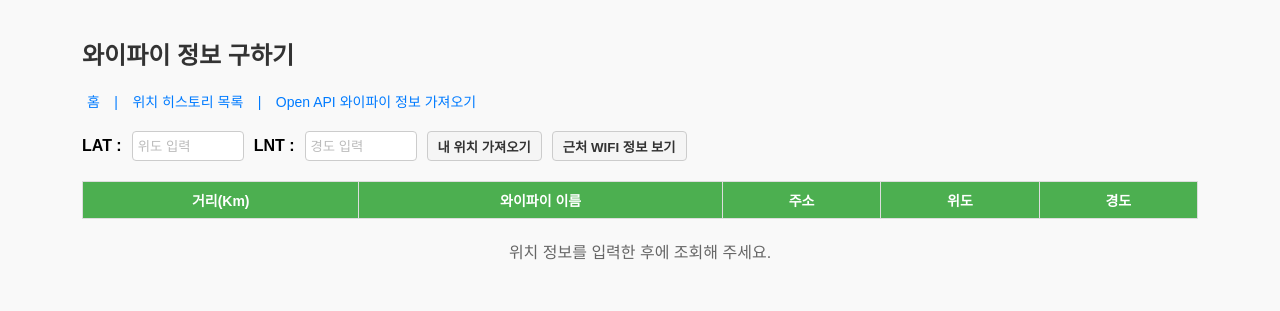
Repository: sangpyolee0/zerobase_task
Page: http://localhost/WifiProject/
These files come from the project's save history. The page is drawn as it stood at one moment and after the next save; the edit follows.
The browser window is 1280 px wide. The pictures show the whole page.
The page is served by Tomcat 9.

Above is the page before, as saved 2024-12-08 18:29:35.

After the next save:
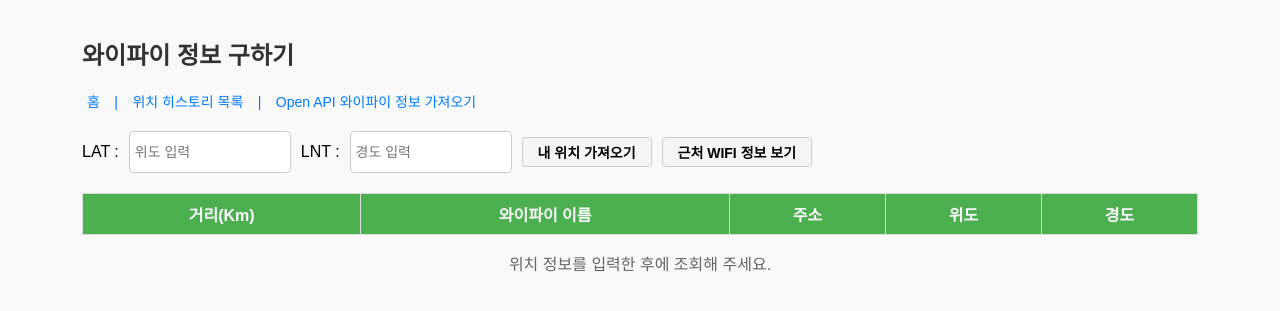
Saved 105 s later.
--- a/WifiProject/src/main/webapp/css/index.css
+++ b/WifiProject/src/main/webapp/css/index.css
@@ -1,4 +1,3 @@
-/* 기본 스타일 */
 body {
     font-family: Arial, sans-serif;
     margin: 0;
@@ -6,124 +5,74 @@ body {
     background-color: #f9f9f9;
 }
 
-/* 컨테이너 */
 .container {
     width: 90%;
     max-width: 1200px;
     margin: 0 auto;
 }
 
-/* 헤더 */
 h1 {
     font-size: 24px;
     color: #333;
     margin-bottom: 20px;
 }
 
-/* 네비게이션 */
 nav {
     margin-bottom: 20px;
 }
 
-nav a {
+nav a, nav span {
     text-decoration: none;
     color: #007BFF;
     margin: 0 5px;
     font-size: 14px;
 }
 
-nav span {
-    color: #007BFF; /* 링크 색상과 동일 */
-    margin: 0 5px;
-    font-size: 14px;
-    cursor: default;
-}
-
-nav a:hover, nav span:hover {
-    text-decoration: underline;
-}
-
-/* 폼 */
 form {
+    margin-bottom: 20px;
     display: flex;
     align-items: center;
     gap: 10px;
-    margin-bottom: 20px;
 }
 
-form label {
+form input {
+    height: 30px;
+    padding: 5px;
+    font-size: 14px;
+    border: 1px solid #ccc;
+    border-radius: 4px;
+    width: 150px;
+}
+
+form button {
+    height: 30px;
+    padding: 0 15px;
+    background-color: #f5f5f5;
+    border: 1px solid #ccc;
+    font-size: 14px;
+    border-radius: 4px;
+    cursor: pointer;
     font-weight: bold;
 }
 
-form input {
-    padding: 5px;
-    border: 1px solid #ccc;
-    border-radius: 4px;
-    width: 100px;
-    height: 18px;
-}
-
-form input::placeholder {
-    color: #bbb;
-}
-
-form button {
-    padding: 5px 10px;
-    border: 1px solid #ccc;
-    background-color: #f5f5f5;
-    color: #333;
-    border-radius: 4px;
-    cursor: pointer;
-    height: 30px;
-    font-weight: bold;
-}
-
-form button:hover {
-    background-color: #e0e0e0;
-}
-
-/* 테이블 */
-/* 테이블 스타일 */
 table {
     width: 100%;
     border-collapse: collapse;
-    margin-top: 20px;
 }
 
 table th, table td {
     border: 1px solid #ddd;
     padding: 8px;
     text-align: center;
-    font-size: 14px;
-    white-space: nowrap; /* 텍스트 줄바꿈 방지 */
-    overflow: hidden; /* 텍스트가 너무 길 경우 넘침 방지 */
-    text-overflow: ellipsis; /* 넘치는 텍스트는 말줄임 표시 */
+    white-space: nowrap;
 }
 
 table th {
-    background-color: #4CAF50; /* 초록색 */
+    background-color: #4CAF50;
     color: white;
-    font-weight: bold;
 }
 
-table td {
-    max-width: 200px; /* 셀의 최대 너비를 제한 */
-    overflow: hidden;
-    text-overflow: ellipsis; /* 텍스트가 너무 길 경우 말줄임표 표시 */
-}
-
-table tr:nth-child(even) {
-    background-color: #f2f2f2; /* 짝수 행 배경색 */
-}
-
-table tr:hover {
-    background-color: #ddd; /* 마우스 오버 시 배경색 */
-}
-
-
-/* 메시지 스타일 */
 .message {
     text-align: center;
     color: #666;
-    margin-top: 20px;
 }
